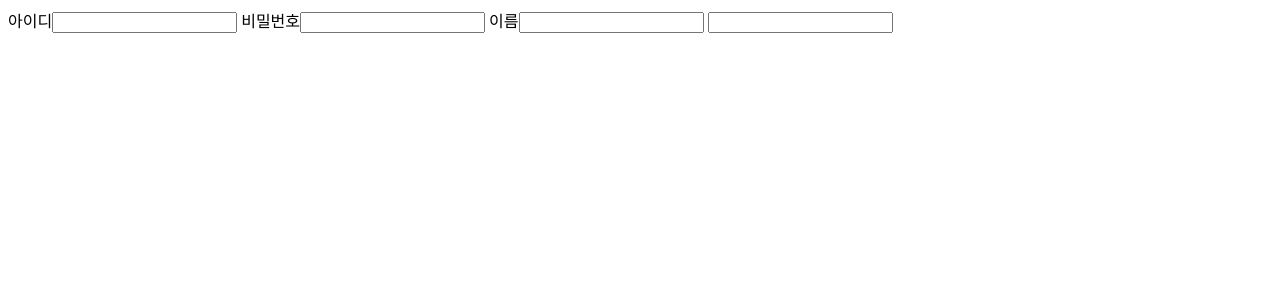
Repository: ih0615/NewJSP
Page: http://localhost/board/views/member/registerForm.jsp
An editor plug-in stored every save of this project. The page is shown before and after the next save, followed by the edit.
The browser window is 1280 px wide. The pictures show the whole page.
The page is served by Tomcat 9. Nobody is signed in. The application's start-up code is not run.

Above is the page before, as saved 2020-11-20 02:32:43.

After the next save:
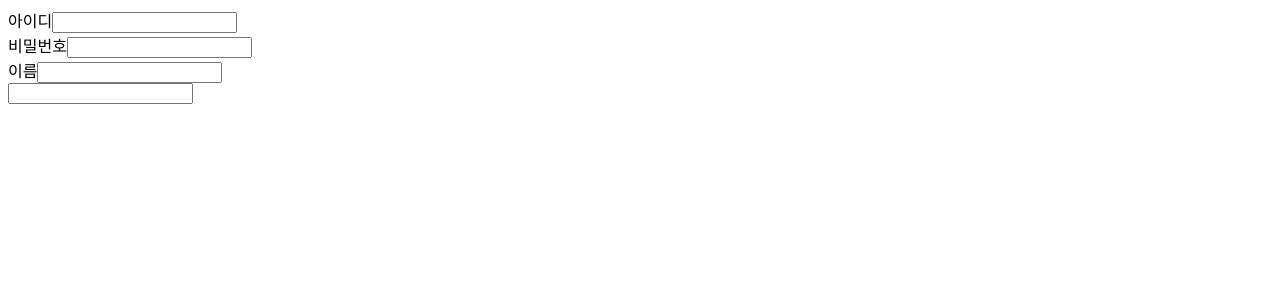
Saved 44 s later.
--- a/board/WebContent/views/member/registerForm.jsp
+++ b/board/WebContent/views/member/registerForm.jsp
@@ -8,9 +8,9 @@
 <body>
 <div>
 <form action="">
-아이디<input type="text" />
-비밀번호<input type="text" />
-이름<input type="text" />
+아이디<input type="text" /><br />
+비밀번호<input type="text" /><br />
+이름<input type="text" /><br />
 <input type="text" />
 </form>
 </div>
